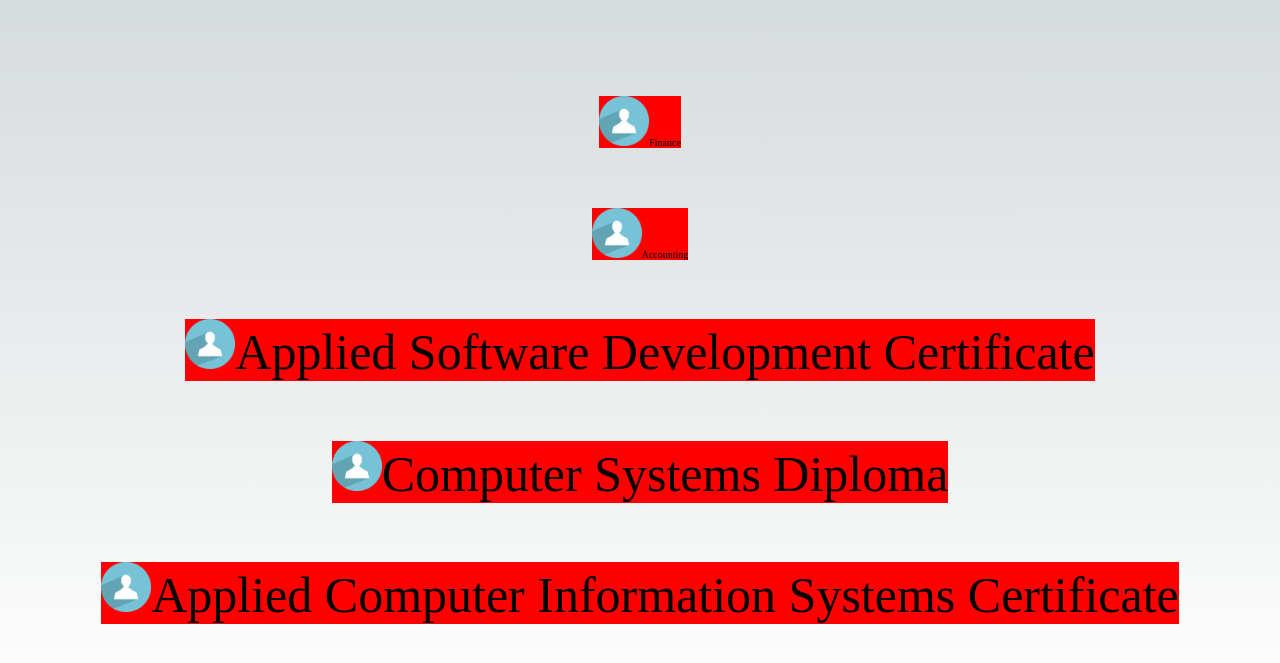
Repository: Haydenleung/MDIA2109-ClassLab3
Page: /
The author's editor kept a copy of each file at every save. The page is drawn from the files as they stood at one save, then again after the next save.
The browser window is 1280 px wide. The pictures show the whole page.
The project was rebuilt for these pictures with package versions that can differ from the ones it lists, and the page was loaded fresh each time. The framework's server and built-in components were replaced by stand-ins that run in the browser. Also part of the build but not shown: next.config.js.

Above is the page before, as saved 2023-01-19 15:01:28.

### pages/index.js
import Head from 'next/head'
import Image from 'next/image'
import { Inter } from '@next/font/google'
import styles from '@/styles/Home.module.css'
import data from '../data/education.json'
import { useState } from 'react'
import Card from '@/components/Card'

const inter = Inter({ subsets: ['latin'] })

export default function Home() {

  console.log(data);
  const [information, setInformation] = useState([...data]);
  console.log(information);

  return (
    <>
      <Head>
        <title>Create Next App</title>
        <meta name="description" content="Generated by create next app" />
        <meta name="viewport" content="width=device-width, initial-scale=1" />
        <link rel="icon" href="/favicon.ico" />
      </Head>
      <main className={styles.main}>
        {
          information && information.map((info, index) => {
            if(info.department.toLowerCase() === "business"){
              return(
                // <div key={index}>{info.degree}</div>
                <Card key={index} degree={info.degree} colour="red" font="10px"/>
              )
            }
            if(info.department.toLowerCase() === "computing"){
              return(
                // <div key={index}>{info.degree}</div>
                <Card key={index} degree={info.degree} colour="red" font="50px"/>
              )
            }
          })
        }
      </main>
    </>
  )
}

### data/education.json
[
        {
            "studentNumber": "A0004567",
            "firstName": "Person 1",
            "gpa": 3.8,
            "department": "Business",
            "degree": "Finance",
            "graduted": 2014
        },
        {
            "studentNumber": "A0001234",
            "firstName": "Person 2",
            "gpa": 3.5,
            "department": "Business",
            "degree": "Accounting",
            "graduted": 2010
        },
        {
            "studentNumber": "A0007890",
            "firstName": "Person 3",
            "gpa": 3.2,
            "department": "Computing",
            "degree": "Applied Software Development Certificate",
            "graduted": 2018
        },
        {
            "studentNumber": "A0007828",
            "firstName": "Person 4",
            "gpa": 3.9,
            "department": "Computing",
            "degree": "Computer Systems Diploma",
            "graduted": 2021
        },
        {
            "studentNumber": "A0003425",
            "firstName": "Person 5",
            "gpa": 3.2,
            "department": "Computing",
            "degree": "Applied Computer Information Systems Certificate",
            "graduted": 2021
        }
]

### components/Card/index.js
export default function Card({
    degree = "none",
    colour ="purple",
    font = "0",
    image= "icon/personTwo.png"
}) {
    return(
        <div style={{backgroundColor: colour, fontSize:font}}>
            {
                colour === "red" ?      <img src={'icon/person.png'} width = '50'/> :
                colour === "blue" ?     <img src={'icon/personThree.png'} width = '50'/> :
                                        <img src={image} width = '50'/>
            }
            {degree}
        </div>
    )
 }

Loaded but not shown: pages/_app.js (common file); pages/_document.js (common file); styles/globals.css (common file); styles/Home.module.css (common file)

After the next save:
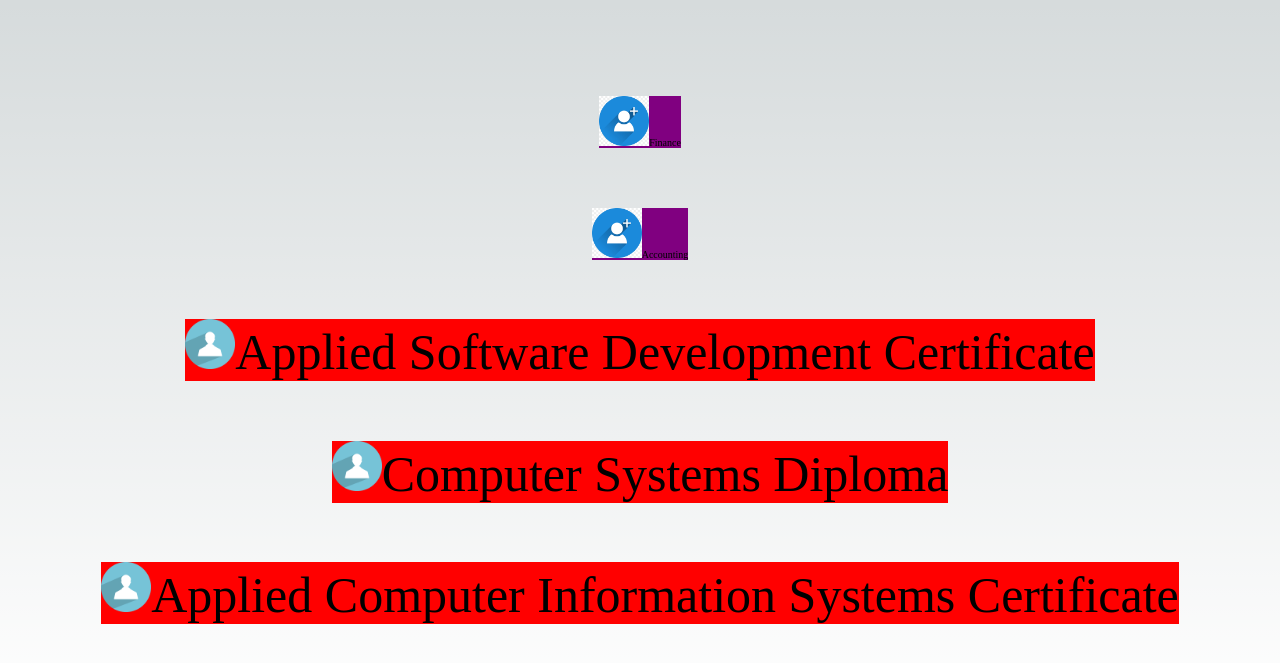
Saved 91 s later.
--- a/pages/index.js
+++ b/pages/index.js
@@ -28,7 +28,7 @@
             if(info.department.toLowerCase() === "business"){
               return(
                 // <div key={index}>{info.degree}</div>
-                <Card key={index} degree={info.degree} colour="red" font="10px"/>
+                <Card key={index} degree={info.degree} font="10px"/>
               )
             }
             if(info.department.toLowerCase() === "computing"){

After the save that followed:
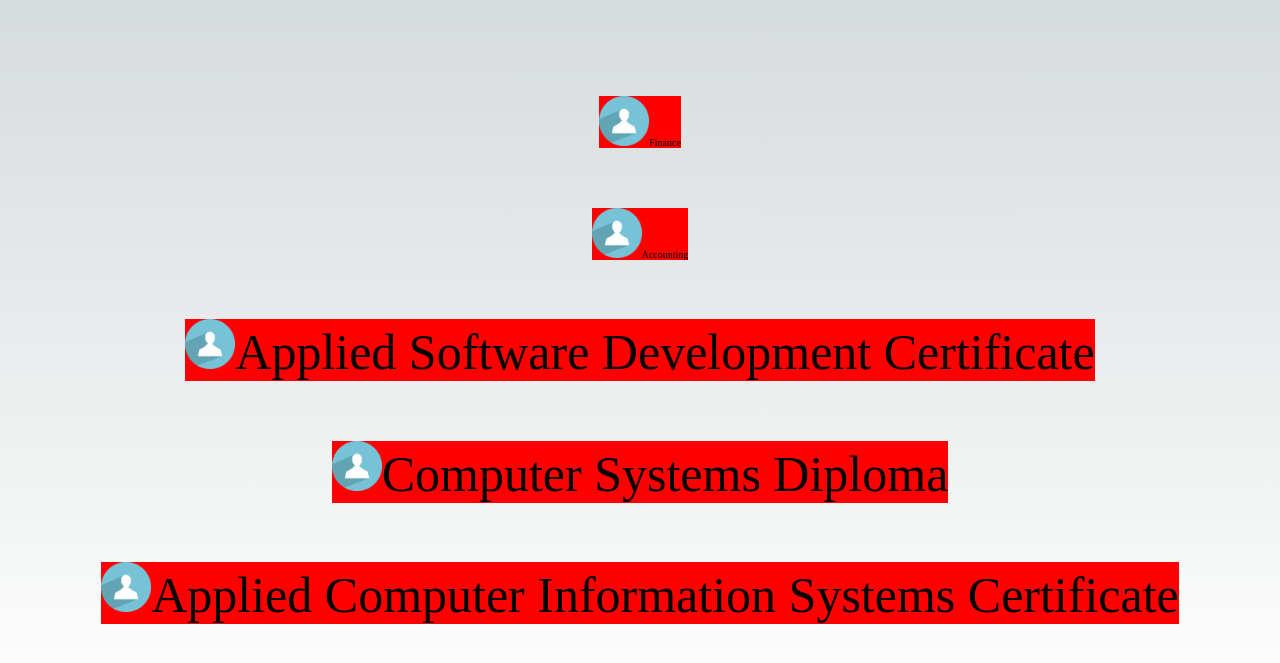
Saved 5 s later.
--- a/pages/index.js
+++ b/pages/index.js
@@ -28,7 +28,7 @@
             if(info.department.toLowerCase() === "business"){
               return(
                 // <div key={index}>{info.degree}</div>
-                <Card key={index} degree={info.degree} font="10px"/>
+                <Card key={index} degree={info.degree} colour="red" font="10px"/>
               )
             }
             if(info.department.toLowerCase() === "computing"){
